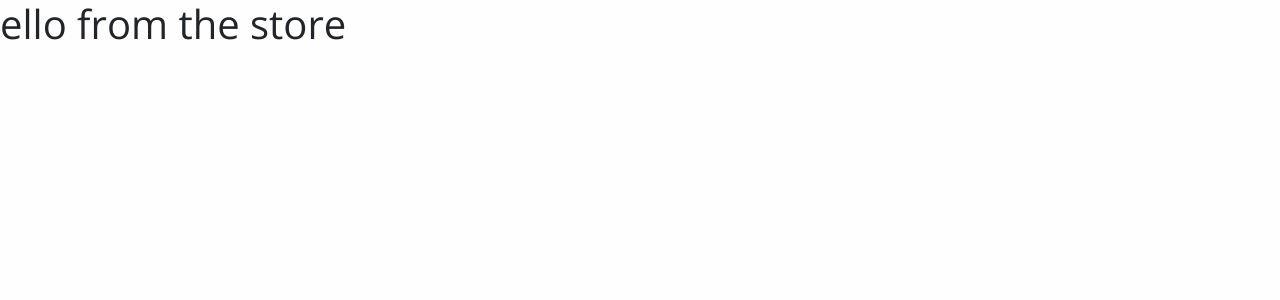
Repository: CaptainStorm21/react16-techstore
Page: /
The author's editor kept a copy of each file at every save. The page is drawn from the files as they stood at one save, then again after the next save.
The browser window is 1280 px wide. The pictures show the whole page.
Some web fonts or font styles are not loaded; a fallback is used. The project was rebuilt for these pictures with package versions that can differ from the ones it lists, and the page was loaded fresh each time.

Above is the page before, as saved 2020-05-07 00:54:55.

After the next save:
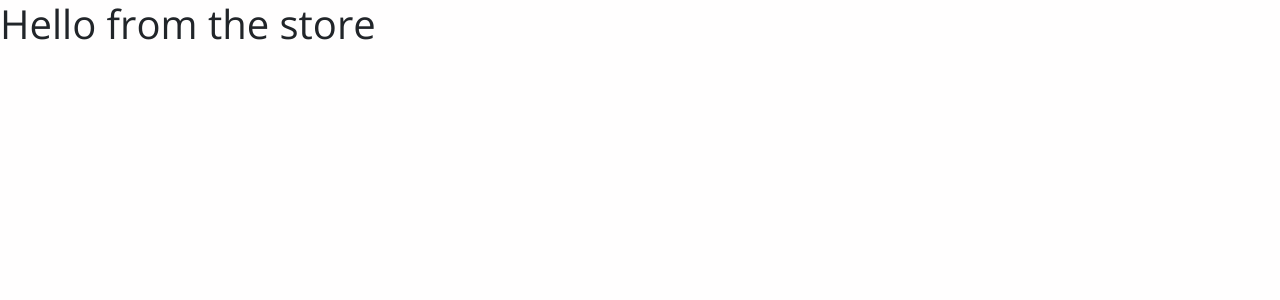
Saved 31 s later.
--- a/src/App.js
+++ b/src/App.js
@@ -6,7 +6,7 @@ import  'bootstrap/dist/css/bootstrap.min.css';
 function App() {
   return (
     <div >
-     <h1>ello from the store</h1>
+     <h1>Hello from the store</h1>
     </div>
   );
 }
